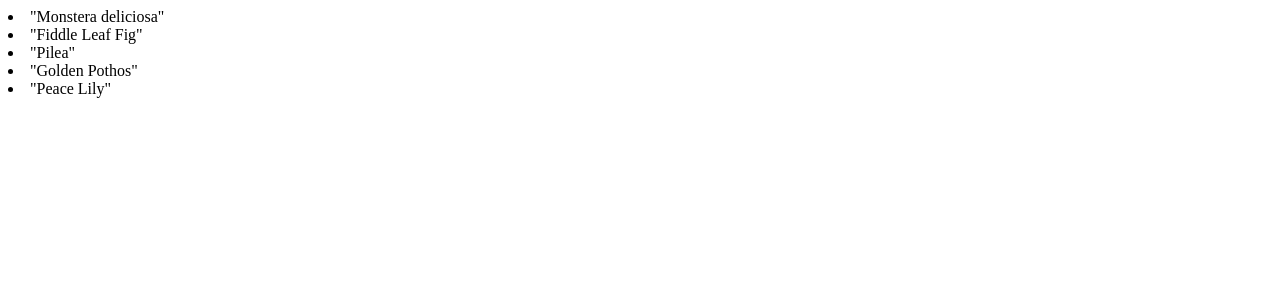
Repository: travinne/travthegr88
Page: development/code/phase-0/phase-0-html-experiencing-html-lab/my_list.html
An editor plug-in stored every save of this project. The page is shown before and after the next save, followed by the edit.
The browser window is 1280 px wide. The pictures show the whole page.

Above is the page before, as saved 2025-02-28 23:51:48.

### development/code/phase-0/phase-0-html-experiencing-html-lab/my_list.html

<li>"Monstera deliciosa"</li>
<li>"Fiddle Leaf Fig"</li>
<li>"Pilea"</li>
<li>"Golden Pothos"</li>
<li>"Peace Lily"</li>

After the next save:
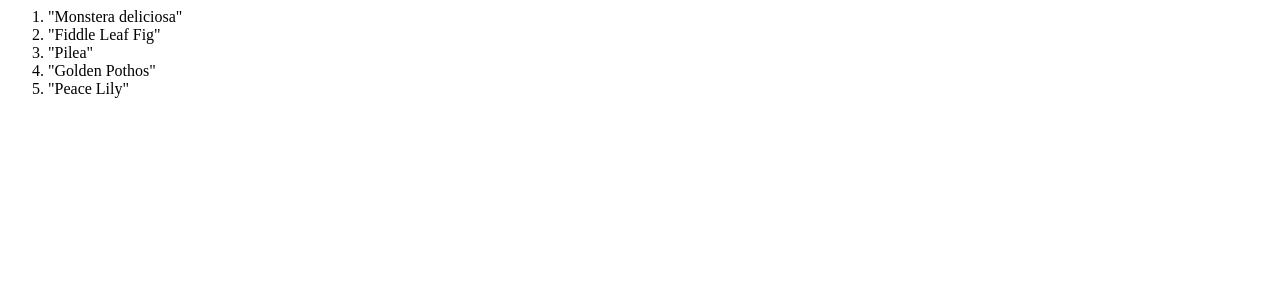
Saved 83 s later.
--- a/development/code/phase-0/phase-0-html-experiencing-html-lab/my_list.html
+++ b/development/code/phase-0/phase-0-html-experiencing-html-lab/my_list.html
@@ -1,6 +1,7 @@
-
+<ol>
 <li>"Monstera deliciosa"</li>
 <li>"Fiddle Leaf Fig"</li>
 <li>"Pilea"</li>
 <li>"Golden Pothos"</li>
 <li>"Peace Lily"</li>
+</ol>
